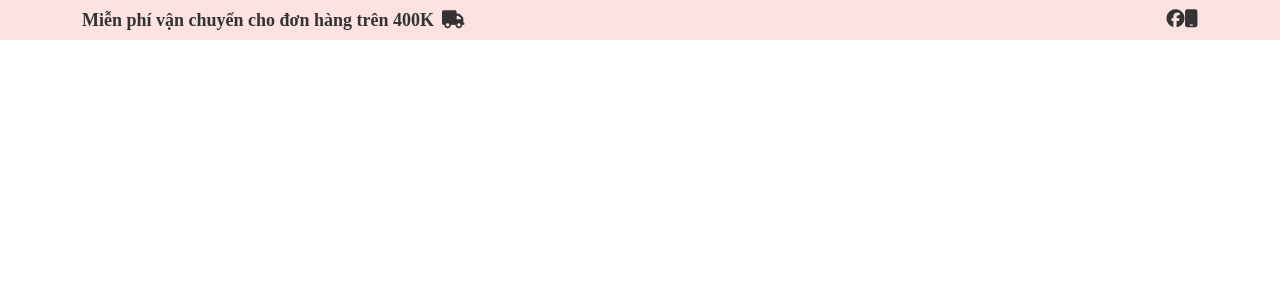
Repository: hoang28092000/kim-store
Page: index.html
An editor plug-in stored every save of this project. The page is shown before and after a run of saves, followed by the edit.
The browser window is 1280 px wide. The pictures show the whole page.
Some web libraries are served in a nearby version.

Above is the page before, as saved 2024-10-31 21:32:08.

After the next 2 saves:
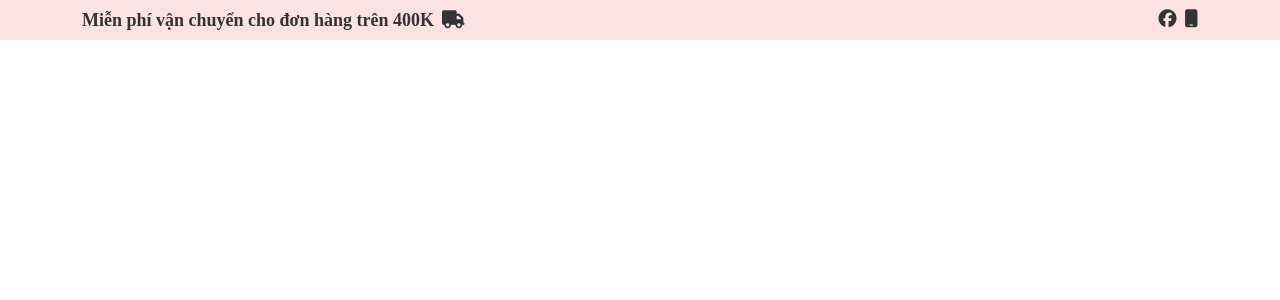
The 2 saves are shown as one change because they came seconds apart.
The last was saved 6 s later.
--- a/index.html
+++ b/index.html
@@ -21,7 +21,7 @@
                             <i class="fa-brands fa-facebook icon_fb"></i>
                         </li>
                         <li class="icon">
-                            <i class="fa-solid fa-mobile icon_mobie ms"></i>
+                            <i class="fa-solid fa-mobile icon_mobie ms-2"></i>
                         </li>
                     </ul>
                 </div>
